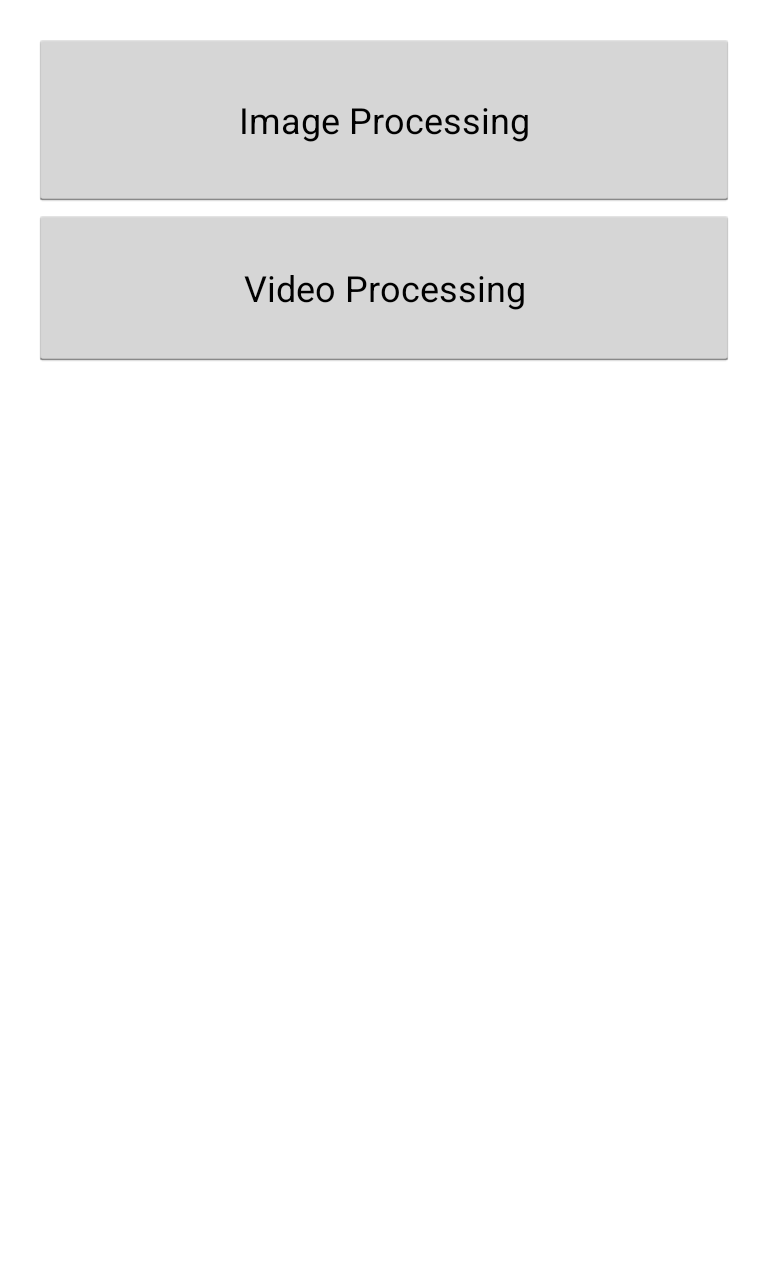
Repository: DevShah/18551
Layout: Lab1/Lab1/res/layout/activity_main.xml
An editor plug-in stored every save of this project. The layout is shown before and after the next save, followed by the edit.
It is drawn on a 768 x 1280 px phone screen (xhdpi) without system bars, with theme AppTheme; the app's code is not run.

Above is the layout before, as saved 2014-01-27 03:30:21.

### Lab1/Lab1/res/layout/activity_main.xml
<RelativeLayout xmlns:android="http://schemas.android.com/apk/res/android"
    xmlns:tools="http://schemas.android.com/tools"
    android:layout_width="match_parent"
    android:layout_height="match_parent"
    android:paddingBottom="@dimen/activity_vertical_margin"
    android:paddingLeft="@dimen/activity_horizontal_margin"
    android:paddingRight="@dimen/activity_horizontal_margin"
    android:paddingTop="@dimen/activity_vertical_margin"
    tools:context=".MainActivity" >

    <LinearLayout
        android:id="@+id/linearLayout1"
        android:layout_width="match_parent"
        android:layout_height="wrap_content"
        android:orientation="vertical"
        tools:ignore="UselessParent" >

        <Button
            android:id="@+id/button1"
            android:layout_width="match_parent"
            android:layout_height="88dp"
            android:text="@string/image_processing" />

        <Button
            android:id="@+id/button2"
            android:layout_width="match_parent"
            android:layout_height="80dp"
            android:text="Video Processing" />

    </LinearLayout>

</RelativeLayout>

### Lab1/Lab1/res/values/strings.xml
<?xml version="1.0" encoding="utf-8"?>
<resources>

    <string name="app_name">Lab1</string>
    <string name="action_settings">Settings</string>
    <string name="hello_world">Hello world!</string>
    <string name="ajmal_gavi_and_dev">Ajmal, Gavi, and Dev</string>
    <string name="_18551_spring_14_lab_1">18551 Spring 14 Lab 1</string>
    <string name="image_processing">Image Processing</string>

</resources>

Loaded but not shown: Lab1/Lab1/res/values/styles.xml (common file); Lab1/Lab1/res/values-v11/styles.xml (common file); Lab1/Lab1/res/values-v14/styles.xml (common file); Lab1/Lab1/res/values/dimens.xml (common file)

After the next save:
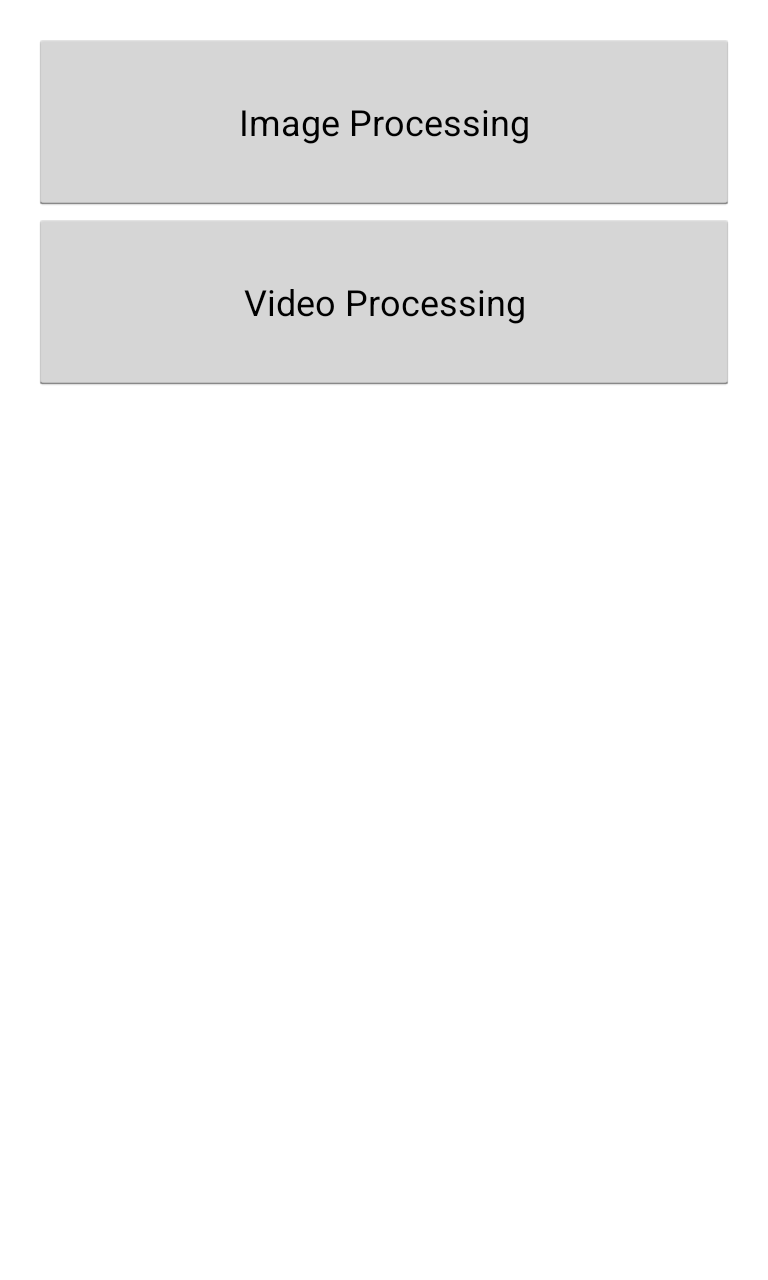
Saved 29 s later.
--- a/Lab1/Lab1/res/layout/activity_main.xml
+++ b/Lab1/Lab1/res/layout/activity_main.xml
@@ -18,13 +18,13 @@
         <Button
             android:id="@+id/button1"
             android:layout_width="match_parent"
-            android:layout_height="88dp"
+            android:layout_height="90dp"
             android:text="@string/image_processing" />
 
         <Button
             android:id="@+id/button2"
             android:layout_width="match_parent"
-            android:layout_height="80dp"
+            android:layout_height="90dp"
             android:text="Video Processing" />
 
     </LinearLayout>
